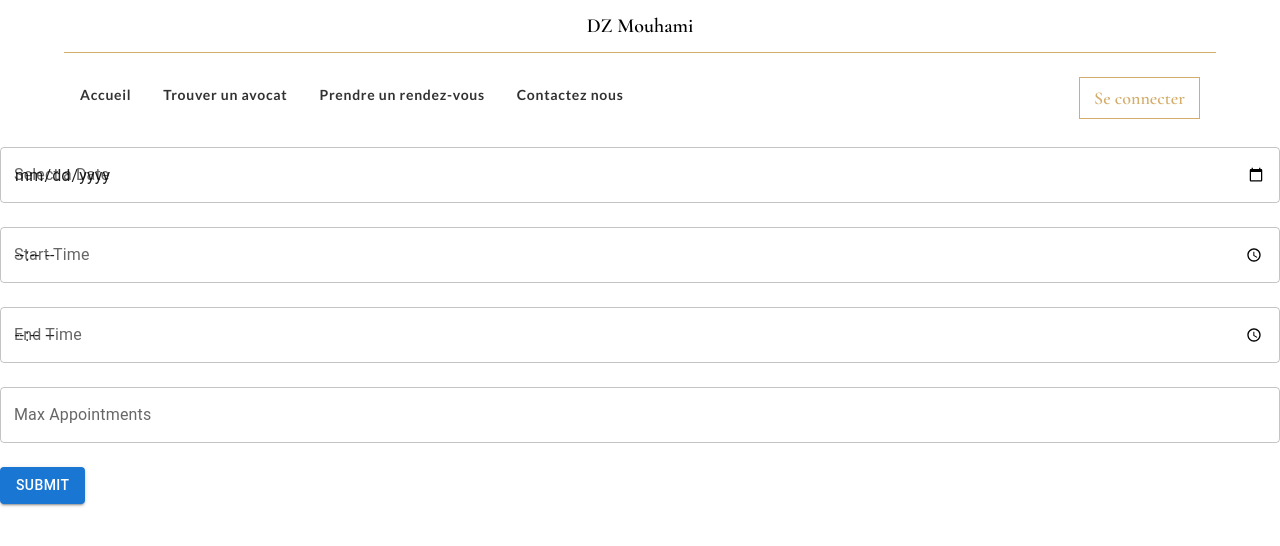
Repository: Chekrouba-Tinhinane/Mohami_dz
Page: /Available (app in client/)
The author's editor kept a copy of each file at every save. The page is drawn from the files as they stood at one save, then again after a run of saves.
The browser window is 1280 px wide. The pictures show the whole page.
The page's requests for data from a server got no answer. The project was rebuilt for these pictures with package versions that can differ from the ones it lists, and the page was loaded fresh each time. No one was signed in, and anything a server would have sent is missing. Also part of the build but not shown: client/vite.config.js, client/src/components/super/Footer.jsx, client/src/LandingPage.jsx, client/src/SignIn.jsx, client/src/components/Selector.jsx, client/src/components/SearchContainer.jsx, client/src/components/LawyerCard.jsx, client/src/components/SearchBar.jsx and 13 more.

Above is the page before, as saved 2024-01-28 13:03:48.

### client/index.html
<!doctype html>
<html lang="en">
  <head>
    <meta charset="UTF-8" />
    <link rel="icon" type="image/svg+xml" href="/vite.svg" />
    <meta name="viewport" content="width=device-width, initial-scale=1.0" />
    <title>Mouhami DZ</title>
  </head>
  <body>
    <div id="root"></div>
    <script type="module" src="/src/App.jsx"></script>
  </body>
</html>

### client/src/App.jsx
import React, { useState, createContext, useContext, useEffect } from "react";
import { createRoot } from "react-dom/client";
import { BrowserRouter, Routes, Route } from "react-router-dom";
import "./index.css";
import LandingPage from "./LandingPage";
import SignIn from "./SignIn";
import Search from "./Search";
import HomeLayout from "./components/super/HomeLayout";
import Profile from "./components/Profile";
import ResultsPage from "./ResultsPage";
import SignUp from "./components/SignUp";
import maria from "./assets/maria/maria.jpg";
import ClientSignIn from "./ClientSignIn";
import AvailabilityForm from "./AvailabilityForm";
import axios from "axios";
import OwnProfile from "./OwnProfile";

const UserDataContext = createContext();

const App = () => {
  const [lawyers, setLawyers] = useState([]);

  useEffect(() => {
    const fetchLawyers = async () => {
      try {
        const response = await axios.get(
          "http://192.168.137.210:8000/avocat/avocat_list"
        );
        console.log(response.data);
        setLawyers(response.data);
      } catch (error) {
        console.error("Error fetching lawyers:", error);
      }
    };

    fetchLawyers(); // Call fetchLawyers when the component mounts
  }, []); // Empty dependency array ensures fetchLawyers is called only onc

  const [userData, setUserData] = useState(null);

  return (
    <UserDataContext.Provider value={{ userData, setUserData }}>
      <BrowserRouter>
        <Routes>
          <Route path={"/"} element={<LandingPage />} />
          <Route
            path={"/profile/:id"}
            element={
              <HomeLayout pageComponent={<Profile lawyers={lawyers} />} />
            }
          />
          <Route
            path={"/SelfProfile"}
            element={
              <HomeLayout
                pageComponent={
                  <OwnProfile
                    lawyer={{
                      avocat: {
                        siteweb: "google.com",
                        photo: "string",
                        ville: "jijel",
                        verified: false,
                        first_name: "BENBATTOUCHE",
                        region: "jijel",
                        id_speciality: 25,
                        id: 1,
                        codepostal: "18000",
                        last_name: "FOUAD TAREK",
                        password: "password",
                        email: "BENBATTOUCHE1@gmail.com",
                        langue: "arabic",
                        telephone: "1",
                        latitude: 0,
                        longitude: 0,
                      },
                      speciality_name: "Droit de l'immigration",
                    }}
                  />
                }
              />
            }
          />

          <Route path={"/ClientSignin"} element={<ClientSignIn />} />

          <Route
            path={"/Search"}
            element={
              <HomeLayout
                pageComponent={
                  <Search lawyers={lawyers} setLawyers={setLawyers} />
                }
              />
            }
          />
          <Route
            path={"/Available"}
            element={<HomeLayout pageComponent={<AvailabilityForm />} />}
          />
          <Route path={"/Signin"} element={<SignIn />} />
          {/*  <Route
          path={"/Schedule"}
          element={<HomeLayout pageComponent={<Schedule />} />}
        />


        <Route
          path={"/profile/:id"}
          element={<HomeLayout pageComponent={<Profile />} />}
        /> */}
          <Route
            path={"/SignUp"}
            element={<HomeLayout pageComponent={<SignUp />} />}
          />
        </Routes>
      </BrowserRouter>
    </UserDataContext.Provider>
  );
};

export const useUserData = () => useContext(UserDataContext);

export default App;

const root = createRoot(document.getElementById("root"));
root.render(<App />);

### client/src/index.css
@import url("https://fonts.googleapis.com/css2?family=Cormorant+Garamond:wght@300;400;500;600;700&family=Lato:wght@100;300;400;700;900&display=swap");

@tailwind base;
@tailwind components;
@tailwind utilities;

@layer base {
  a {
    @apply cursor-pointer;
  }
  h1 {
    @apply text-[50px] font-bold;
  }
  h2 {
    @apply text-[2.5rem] font-bold;
  }
  p {
  }
  h3 {
  }
  h4 {
    @apply text-[1rem] font-semibold;
  }
  textarea {
  }
  input {
  }
  select {
  }
}

* {
  /*font-family: 'Cormorant Garamond', serif; */
  font-family: "Lato", sans-serif;
  box-sizing: border-box;
  padding: 0;
  margin: 0;
}

.recursive {
  font-family: "Cormorant Garamond", serif;
}

.nav-item::after {
  content: "";
  display: block;
  width: 0;
  height: 2px;
  margin-top: 5px;
  background-color: rgb(212, 173, 107);
  transition: width 0.4s;
}

.nav-item:hover::after {
  width: 100%;
}

### client/src/components/super/HomeLayout.jsx
import React, { useState } from "react";
import NavBar from "./NavBar";

const HomeLayout = ({ pageComponent }) => {
  const navLinks = [
    { label: "Accueil", id: "about", offset: -50 },
    { label: "Trouver un avocat", id: "hero", offset: 0 },
    { label: "Prendre un rendez-vous", id: "appoint", offset: 50 },
    { label: "Contactez nous", id: "footer", offset: -100 }
  ];
  return (
    <div className=" flex flex-col min-h-screen items-center">
      <header className=" p-3 recursive border-b border-b-primary w-[90%] text-center font-semibold text-xl">
        {" "}
        DZ Mouhami{" "}
      </header>
      <NavBar links={navLinks} landing={true} />

      <div className={` w-full  `}>{pageComponent}</div>
    </div>
  );
};

export default HomeLayout;

### client/src/AvailabilityForm.jsx
import React from "react";
import { useFormik } from "formik";
import axios from "axios";
import { TextField, Button, Grid, Typography } from "@mui/material";

const initialValues = {
  DateInterval: "",
  HeureDebut: "",
  HeureFin: "",
  NbrMaxRdv: "",
  id_avocat: 1,
};

const validate = (values) => {
  const errors = {};
  if (!values.DateInterval) {
    errors.DateInterval = "Date is required";
  }
  if (!values.HeureDebut) {
    errors.HeureDebut = "Start time is required";
  }
  if (!values.HeureFin) {
    errors.HeureFin = "End time is required";
  }
  if (!values.NbrMaxRdv) {
    errors.NbrMaxRdv = "Max appointments is required";
  } else if (isNaN(values.NbrMaxRdv)) {
    errors.NbrMaxRdv = "Max appointments must be a number";
  }
  return errors;
};

const AvailabilityForm = () => {
  const formik = useFormik({
    initialValues,
    validate,
    onSubmit: async (values) => {
      try {
        const response = await axios.post(
          "http://192.168.137.210:8000/creneau/add_creneau",
          values
        );
        console.log("Response:", response.data);
        // Handle success response
      } catch (error) {
        console.error("Error:", error);
        // Handle error response
      }
    },
  });

  return (
    <Grid container spacing={2}>
      <Grid item xs={12}>
      </Grid>
      <Grid item xs={12}>
        <form className="space-y-6"  onSubmit={formik.handleSubmit}>
          <TextField
            fullWidth
            id="DateInterval"
            name="DateInterval"
            label="Select a Date"
            type="date"
            value={formik.values.DateInterval}
            onChange={formik.handleChange}
            error={formik.touched.DateInterval && Boolean(formik.errors.DateInterval)}
            helperText={formik.touched.DateInterval && formik.errors.DateInterval}
          />
          <TextField
            fullWidth
            id="HeureDebut"
            name="HeureDebut"
            label="Start Time"
            type="time"
            value={formik.values.HeureDebut}
            onChange={formik.handleChange}
            error={formik.touched.HeureDebut && Boolean(formik.errors.HeureDebut)}
            helperText={formik.touched.HeureDebut && formik.errors.HeureDebut}
          />
          <TextField
            fullWidth
            id="HeureFin"
            name="HeureFin"
            label="End Time"
            type="time"
            value={formik.values.HeureFin}
            onChange={formik.handleChange}
            error={formik.touched.HeureFin && Boolean(formik.errors.HeureFin)}
            helperText={formik.touched.HeureFin && formik.errors.HeureFin}
          />
          <TextField
            fullWidth
            id="NbrMaxRdv"
            name="NbrMaxRdv"
            label="Max Appointments"
            type="number"
            value={formik.values.NbrMaxRdv}
            onChange={formik.handleChange}
            error={formik.touched.NbrMaxRdv && Boolean(formik.errors.NbrMaxRdv)}
            helperText={formik.touched.NbrMaxRdv && formik.errors.NbrMaxRdv}
          />
          <Button className="" variant="contained" color="primary" type="submit">
            Submit
          </Button>
        </form>
      </Grid>
    </Grid>
  );
};

export default AvailabilityForm;

### client/src/components/super/NavBar.jsx
import { motion } from "framer-motion";
import { Link } from "react-router-dom";
import { Link as ScrollLink } from "react-scroll";

const NavBar = ({ links, landing }) => {
  return (
    <div
      whileHover={{ scale: 1, originX: 0, color: "#D4AD6B" }}
      transition={{ type: "tween", duration: 0.2 }}
      className={`  ${
        landing ? "px-20" : ""
      } flex items-center pt-6 mb-3 w-full justify-between `}
    >
      <motion.ul className="flex gap-[2rem] text-sm">
        {links.map((link, index) => (
          <motion.li
            key={index}
            whileHover={{ scale: 1, originX: 0, color: "#D4AD6B" }}
            transition={{ type: "tween", duration: 0.2 }}
            className="font-semibold opacity-80 tracking-wider cursor-pointer"
          >
            <ScrollLink
              to={link.id}
              spy={true}
              smooth={true}
              offset={link.offset}
              duration={500}
              className="nav-item"
            >
              {link.label}
            </ScrollLink>
          </motion.li>
        ))}
      </motion.ul>
      {landing && (
        <div className="flex gap-[1rem]">
          <Link
            to={"/SignIn"}
            href=""
            className="recursive flex items-center font-semibold text-primary border border-primary bg-white text-center text-lg py-1.5 px-3.5 hover:bg-opacity-70"
          >
            Se connecter
          </Link>
        </div>
      )}
    </div>
  );
};

export default NavBar;

### client/tailwind.config.js
/** @type {import('tailwindcss').Config} */
module.exports = {
  content: ["./src/**/*.{js,jsx,ts,tsx}"],
  theme: {
    extend: {
      colors: {
        lightBrown: "#FAF5EE",
        primary: "#D4AD6B",
        lightTypo: "#563D2B"
      },
    },
  },
  plugins: [],
};

After the next 2 saves:
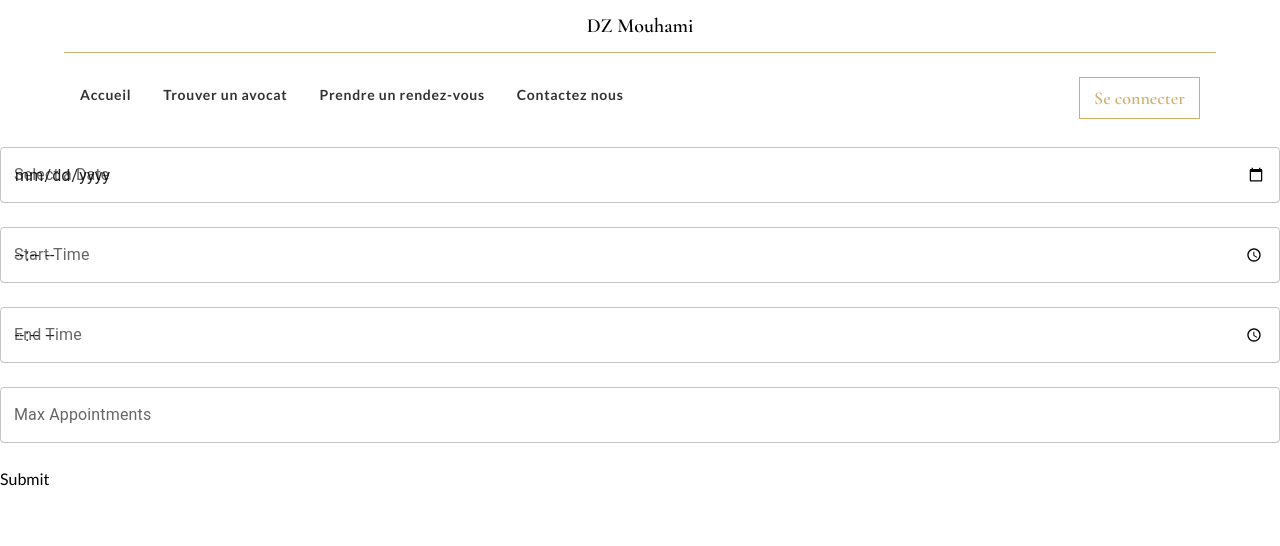
The 2 saves are shown as one change because they came seconds apart.
The last was saved 6 s later.
--- a/client/src/AvailabilityForm.jsx
+++ b/client/src/AvailabilityForm.jsx
@@ -99,9 +99,9 @@ const AvailabilityForm = () => {
             error={formik.touched.NbrMaxRdv && Boolean(formik.errors.NbrMaxRdv)}
             helperText={formik.touched.NbrMaxRdv && formik.errors.NbrMaxRdv}
           />
-          <Button className="" variant="contained" color="primary" type="submit">
+          <button className="" variant="contained" color="primary" type="submit">
             Submit
-          </Button>
+          </button>
         </form>
       </Grid>
     </Grid>
